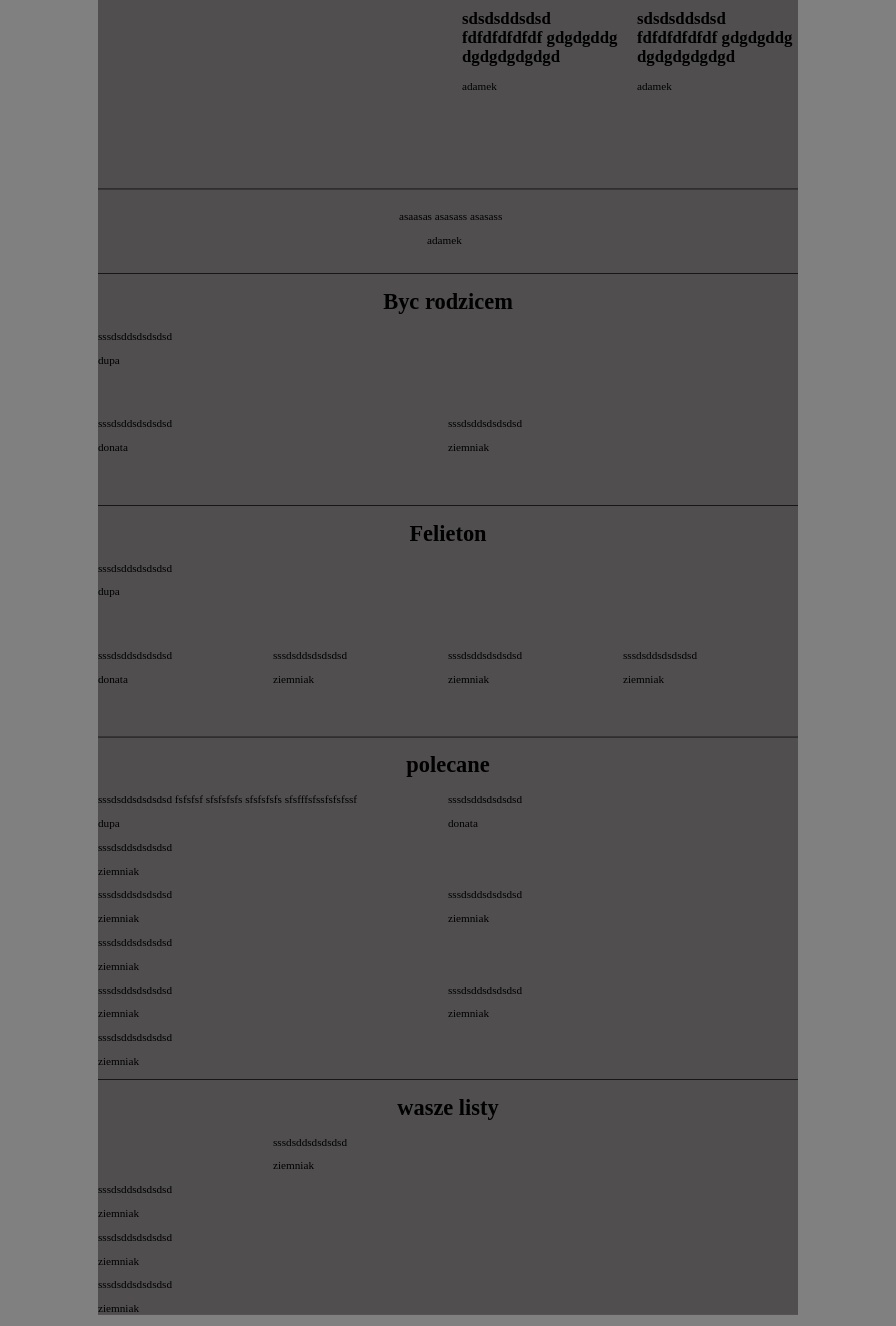
Repository: kq333/pitupitu.pl
Page: index.html
An editor plug-in stored every save of this project. The page is shown before and after the next save, followed by the edit.
The browser window is 1280 px wide. The pictures show the part of the page from y = 749 to 2669 px (the page is 2643 px tall before and 2669 px after), at 70% of full size.
The style sheet was rebuilt from its Sass, Less or Tailwind sources for each picture, by a compiler version that may differ from the author's.

Above is the page before, as saved 2020-11-04 13:07:28.

After the next save:
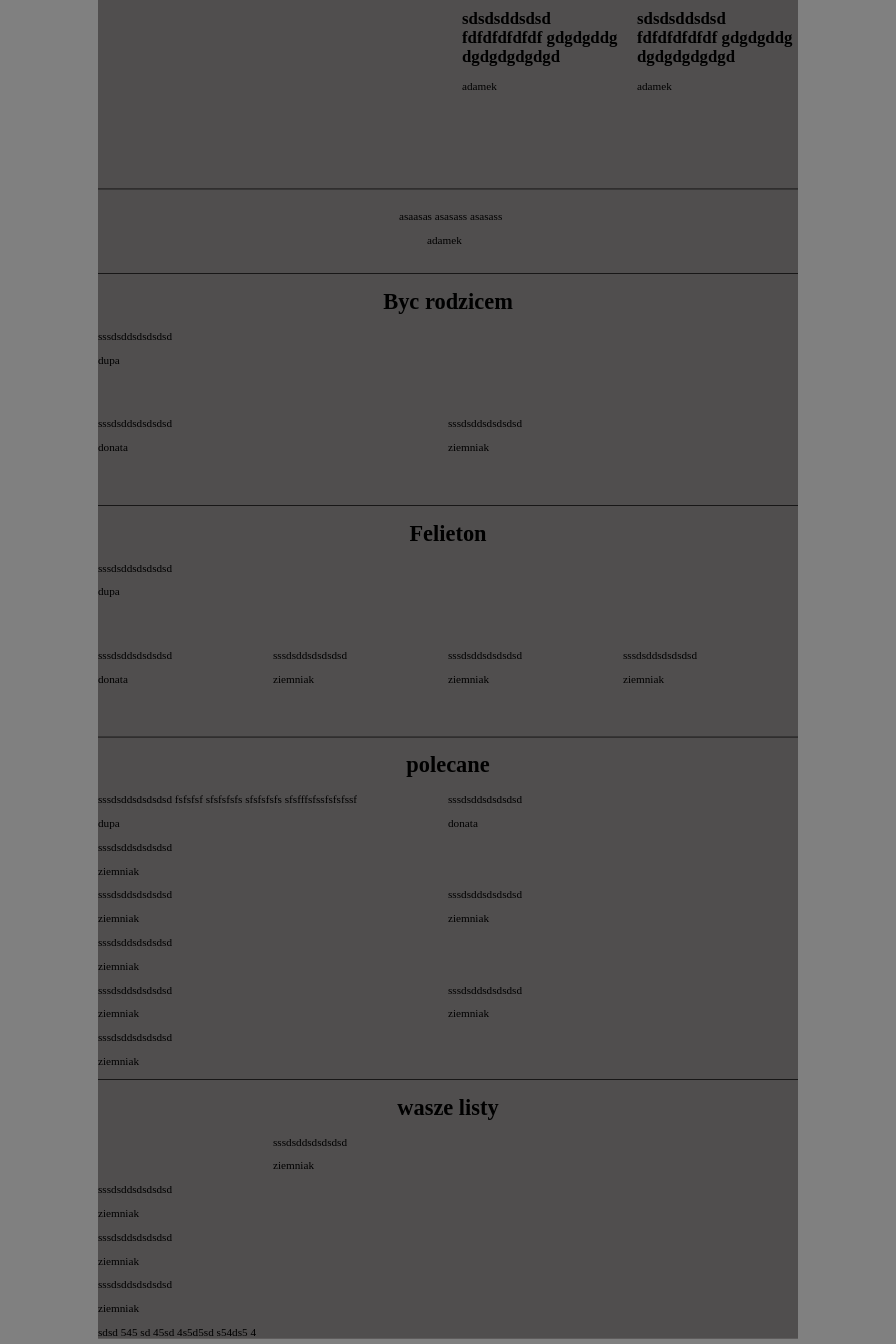
Saved 64 s later.
--- a/index.html
+++ b/index.html
@@ -328,7 +328,7 @@
                             </section>
 
                             <footer>
-
+                                <div class="footer">sdsd 545 sd 45sd 4s5d5sd s54ds5 4</div>
 
                             </footer>
 
